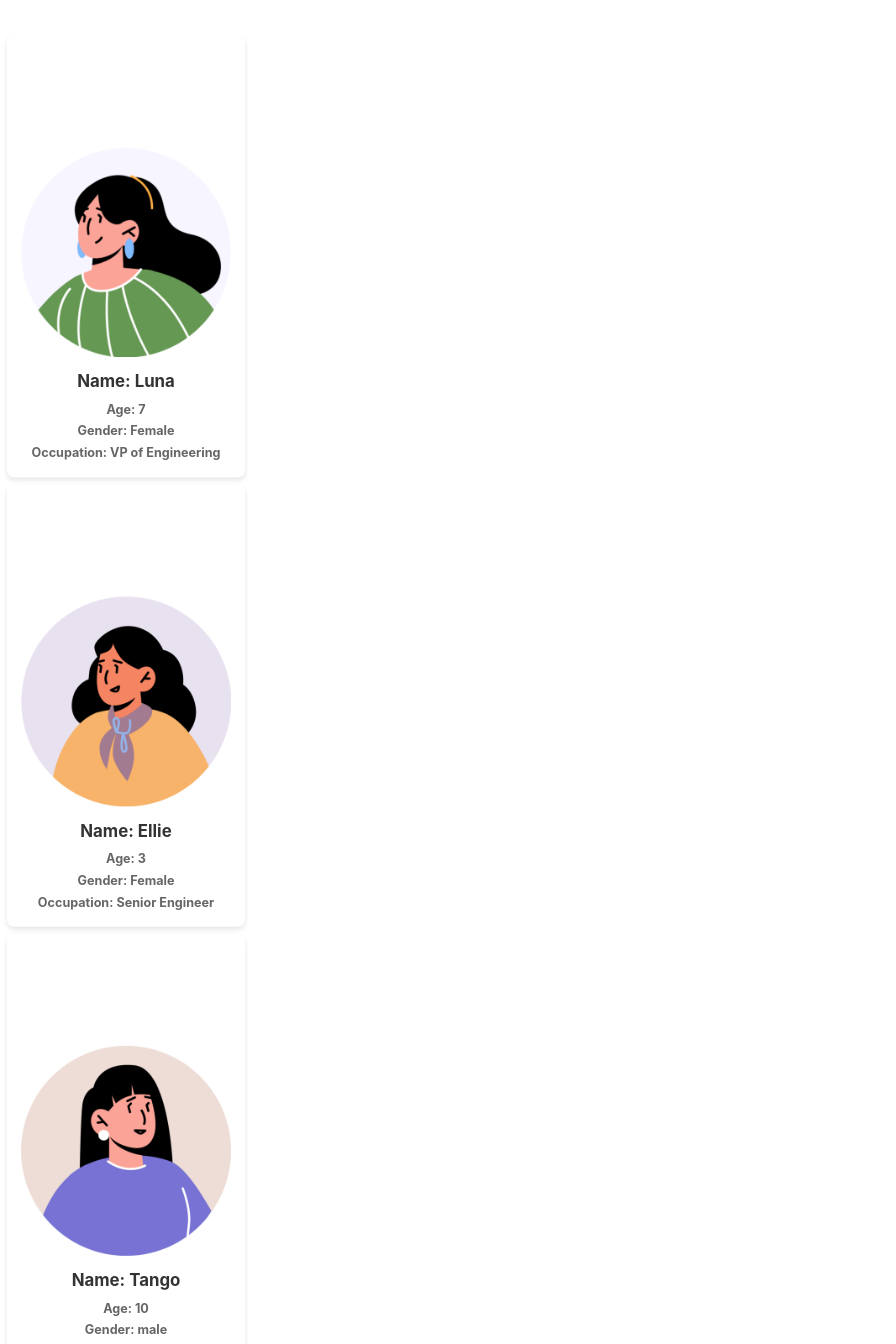
Repository: mahsa199170/React-Props-projects
Page: / (app in profile-app/)
The author's editor kept a copy of each file at every save. The page is drawn from the files as they stood at one save, then again after the next save.
The browser window is 1280 px wide. The pictures show the part of the page from y = 0 to 1920 px (the page is 2618 px tall before and 1364 px after), at 70% of full size.
The project was rebuilt for these pictures with package versions that can differ from the ones it lists, and the page was loaded fresh each time.

Above is the page before, as saved 2024-11-18 16:03:15.

### profile-app/src/App.js
import './App.scss';
import Profile from './components/profile/Profile';
import { people } from './personalInfo';

function App() {
  const personInfo = people.map((p) => {
    return <h1>{p.name}</h1>;
  });

  return (
    <div className="App">
      <div className="profile-container"></div>
      {people.map((person) => {
        const { id, name, age, gender, occupation, image } = person;
        return (
          <div key={id}>
            <Profile
              name={name}
              age={age}
              occupation={occupation}
              gender={gender}
              image={image}
            />
          </div>
        );
      })}
    </div>
  );
}

export default App;

### profile-app/src/App.scss
/* .App {
  text-align: center;
}

.App-logo {
  height: 40vmin;
  pointer-events: none;
}

@media (prefers-reduced-motion: no-preference) {
  .App-logo {
    animation: App-logo-spin infinite 20s linear;
  }
}

.App-header {
  background-color: #282c34;
  min-height: 100vh;
  display: flex;
  flex-direction: column;
  align-items: center;
  justify-content: center;
  font-size: calc(10px + 2vmin);
  color: white;
}

.App-link {
  color: #61dafb;
}

@keyframes App-logo-spin {
  from {
    transform: rotate(0deg);
  }
  to {
    transform: rotate(360deg);
  }
} */

.profile-container {
  display: flex;
  flex-wrap: wrap; // Allows wrapping for multiple rows
  justify-content: center; // Centers the cards horizontally
  gap: 20px; // Adds space between cards
  padding: 20px;
}

### profile-app/src/components/profile/Profile.js
import React from 'react';
import Card from '../card/Card';
import './Profile.scss';

const Profile = ({ id, name, age, gender, occupation, image }) => {
  return (
    <Card>
      <div className="profil-card">
        <div className="profile-image"></div>
        <img src={image} alt="profile" />
        <h2>Name: {name}</h2>
        <h3>Age: {age}</h3>
        <h3>Gender: {gender}</h3>
        <h3>Occupation: {occupation}</h3>
      </div>
    </Card>
  );
};

export default Profile;

### profile-app/src/personalInfo.js
import image1 from './components/images/100.png';
import image2 from './components/images/54.png';
import image3 from './components/images/73.png';
import image4 from './components/images/94.png';
export const people = [
  {
    id: 1,
    name: 'Luna',
    age: 7,
    gender: 'Female',
    occupation: 'VP of Engineering',
    image: image1,
  },
  {
    id: 2,
    name: 'Ellie',
    age: 3,
    gender: 'Female',
    occupation: 'Senior Engineer',
    image: image2,
  },
  {
    id: 3,
    name: 'Tango',
    age: 10,
    gender: 'male',
    occupation: 'Software Engineer',
    image: image3,
  },
  {
    id: 4,
    name: 'Frankie',
    age: 1,
    gender: 'male',
    occupation: 'Devops Engineer',
    image: image4,
  },
];

### profile-app/src/components/card/Card.js
import React from 'react';
import './Card.scss';

const Card = ({ children }) => {
  return <div className="card">{children}</div>;
};

export default Card;

### profile-app/src/components/profile/Profile.scss
// .profil-card {
//   display: flex;
//   flex-direction: column;
//   align-items: center;
//   text-align: center; // Center-align text

//   .profile-image {
//     width: 120px; // Image width
//     height: 120px; // Image height
//     border-radius: 50%; // Make the image circular
//     overflow: hidden; // Ensure the image stays within the circle
//     margin-bottom: 20px; // Space between image and text

//     img {
//       width: 100%; // Ensure the image takes the full width
//       height: 100%; // Ensure the image takes the full height
//       object-fit: cover; // Make the image cover the entire circle while maintaining its aspect ratio
//     }
//   }

//   h2 {
//     font-size: 24px; // Bigger font size for the name
//     font-weight: bold;
//     color: #333; // Dark color for the name
//     margin-bottom: 10px;
//   }

//   h3 {
//     font-size: 18px; // Set font size for other info
//     color: #666; // Lighter color for the details
//     margin: 5px 0; // Add space between each piece of info
//   }
// }

.profil-card {
  display: flex;
  flex-direction: column;
  // align-items: center;
  text-align: center; // Center-align text

  // Profile Image Container
  .profile-image {
    width: 120px; // Adjust the width of the circle
    height: 120px; // Adjust the height of the circle
    border-radius: 50%; // Make the image circular
    overflow: hidden; // Ensure the image doesn't overflow outside the circle
    margin-bottom: 20px; // Space between image and text

    img {
      width: 100%; // Ensure the image takes up the full width of the container
      height: 100%; // Ensure the image takes up the full height of the container
      object-fit: cover; // Cover the area of the circle, maintaining the aspect ratio without distorting the image
    }
  }

  h2 {
    font-size: 24px; // Larger font size for the name
    font-weight: bold;
    color: #333; // Dark text color
    margin-bottom: 10px;
  }

  h3 {
    font-size: 18px; // Set font size for other profile information
    color: #666; // Lighter color for the details
    margin: 5px 0; // Add space between each profile field
  }
}

### profile-app/src/components/card/Card.scss
.card {
  width: 300px; // Set the width of the card
  background-color: #fff; // White background
  border-radius: 10px; // Rounded corners
  box-shadow: 0 4px 8px rgba(0, 0, 0, 0.1); // Subtle shadow for 3D effect
  padding: 20px; // Padding inside the card
  margin: 10px; // Space between cards
  transition: all 0.3s ease; // Smooth transition for hover effect

  &:hover {
    box-shadow: 0 6px 12px rgba(0, 0, 0, 0.2); // Slightly bigger shadow on hover
    transform: translateY(-5px); // Lift the card a little on hover
  }
}

Loaded but not shown: profile-app/public/index.html (common file); profile-app/src/index.js (common file); profile-app/src/index.css (common file)

After the next save:
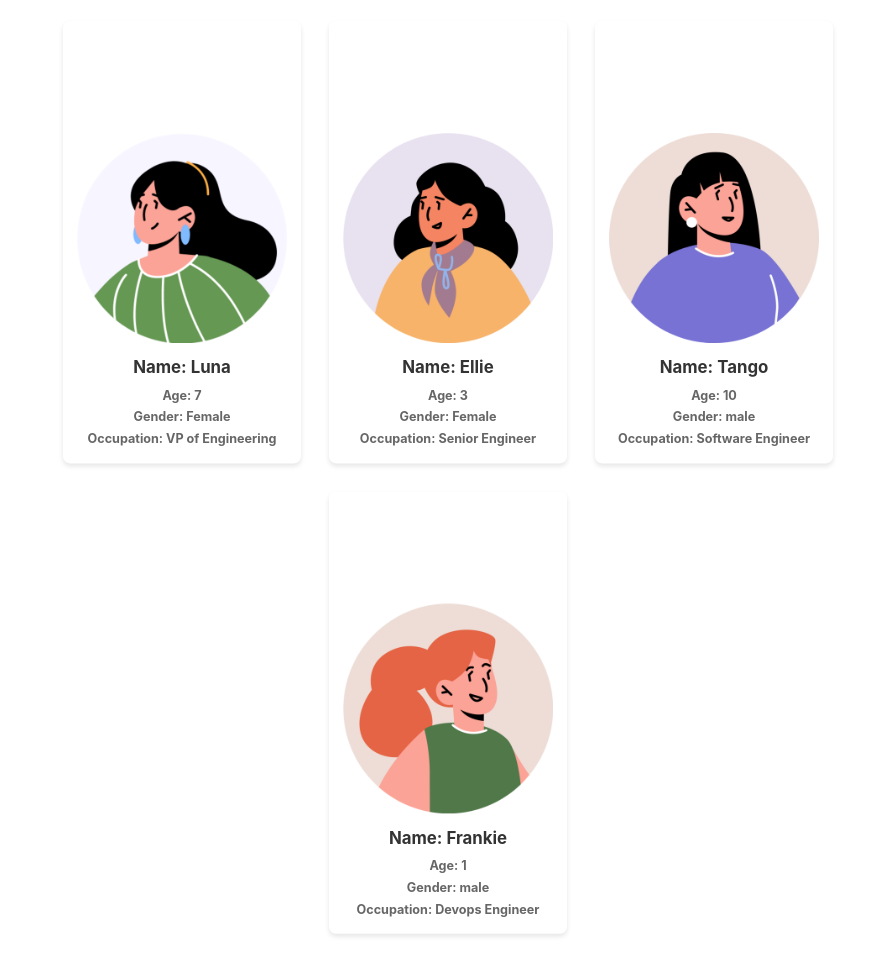
Saved 21 s later.
--- a/profile-app/src/App.js
+++ b/profile-app/src/App.js
@@ -9,21 +9,22 @@ function App() {
 
   return (
     <div className="App">
-      <div className="profile-container"></div>
-      {people.map((person) => {
-        const { id, name, age, gender, occupation, image } = person;
-        return (
-          <div key={id}>
-            <Profile
-              name={name}
-              age={age}
-              occupation={occupation}
-              gender={gender}
-              image={image}
-            />
-          </div>
-        );
-      })}
+      <div className="profile-container">
+        {people.map((person) => {
+          const { id, name, age, gender, occupation, image } = person;
+          return (
+            <div key={id}>
+              <Profile
+                name={name}
+                age={age}
+                occupation={occupation}
+                gender={gender}
+                image={image}
+              />
+            </div>
+          );
+        })}
+      </div>
     </div>
   );
 }
